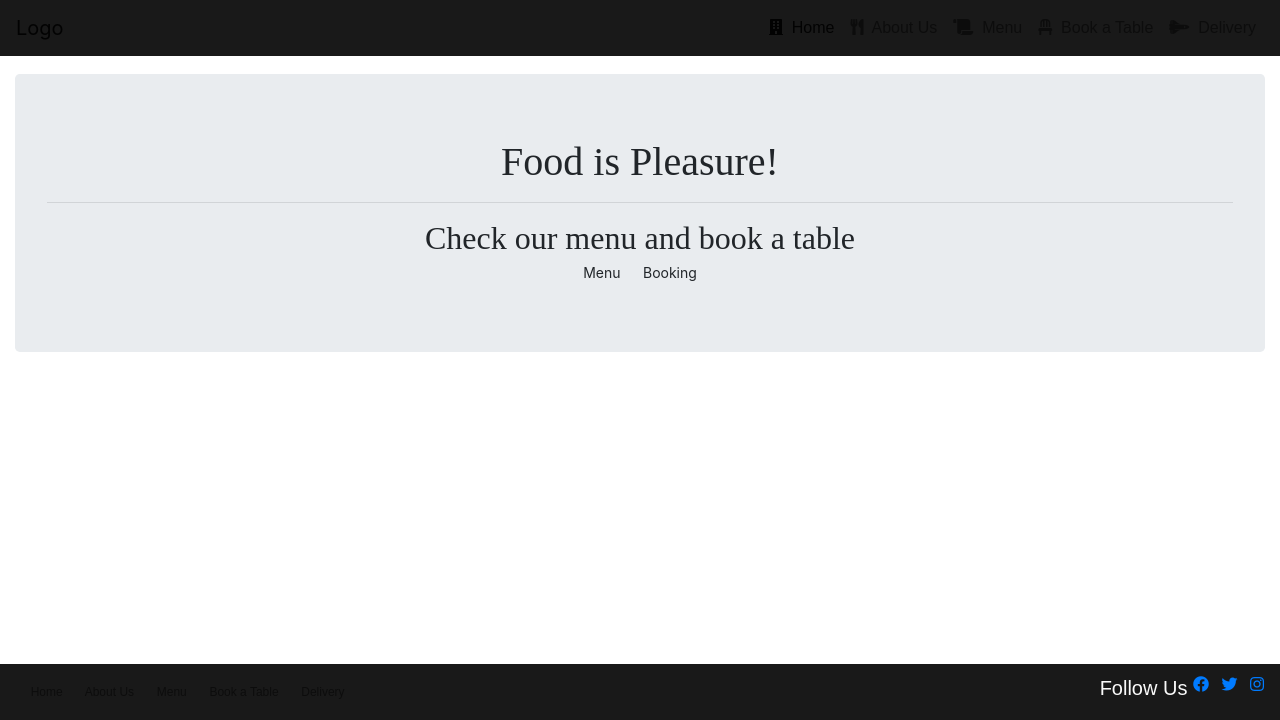
Repository: Code-Institute-Submissions/vinicald-Milestone-Project-1
Page: index2.html
The author's editor kept a record of every edit. The page is drawn from the files as they stood at one moment, then again after the next edit.
The browser window is 1280 px wide. The pictures show the whole page.
Some web libraries are served in a nearby version.

Above is the page before.

After the next edit:
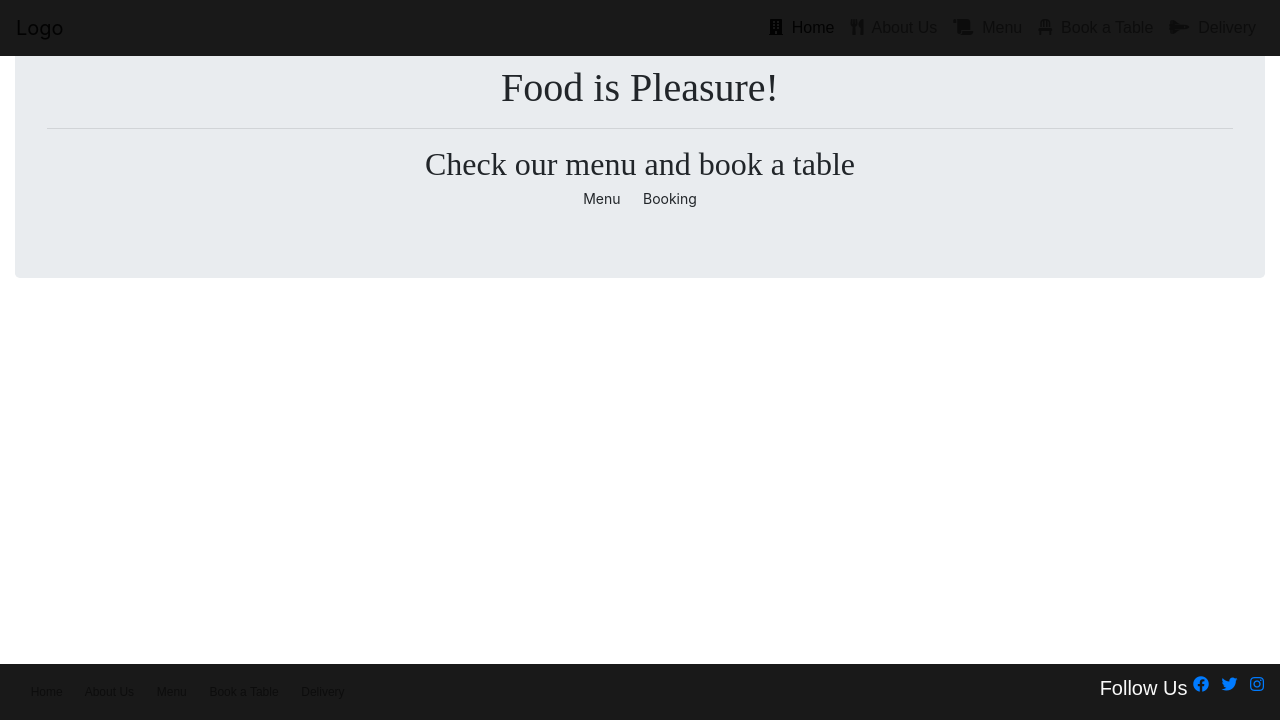
The edit:
--- a/index2.html
+++ b/index2.html
@@ -37,9 +37,8 @@
     </nav>
 </header>
 
- <div id="content" style="position:fixed; top:50px; bottom:50px; left:0px; right:0px; overflow:auto;">
+ <div id="content" style="position:fixed; top:fixed; bottom:fixed; left:0px; right:0px; overflow:auto;">
    <div class="container-fluid main-container">
-    <div class="opaque-overlay">&nbsp;</div>
     <div class="row">
       <div class="col-12">
         <section class="jumbotron text-center">
